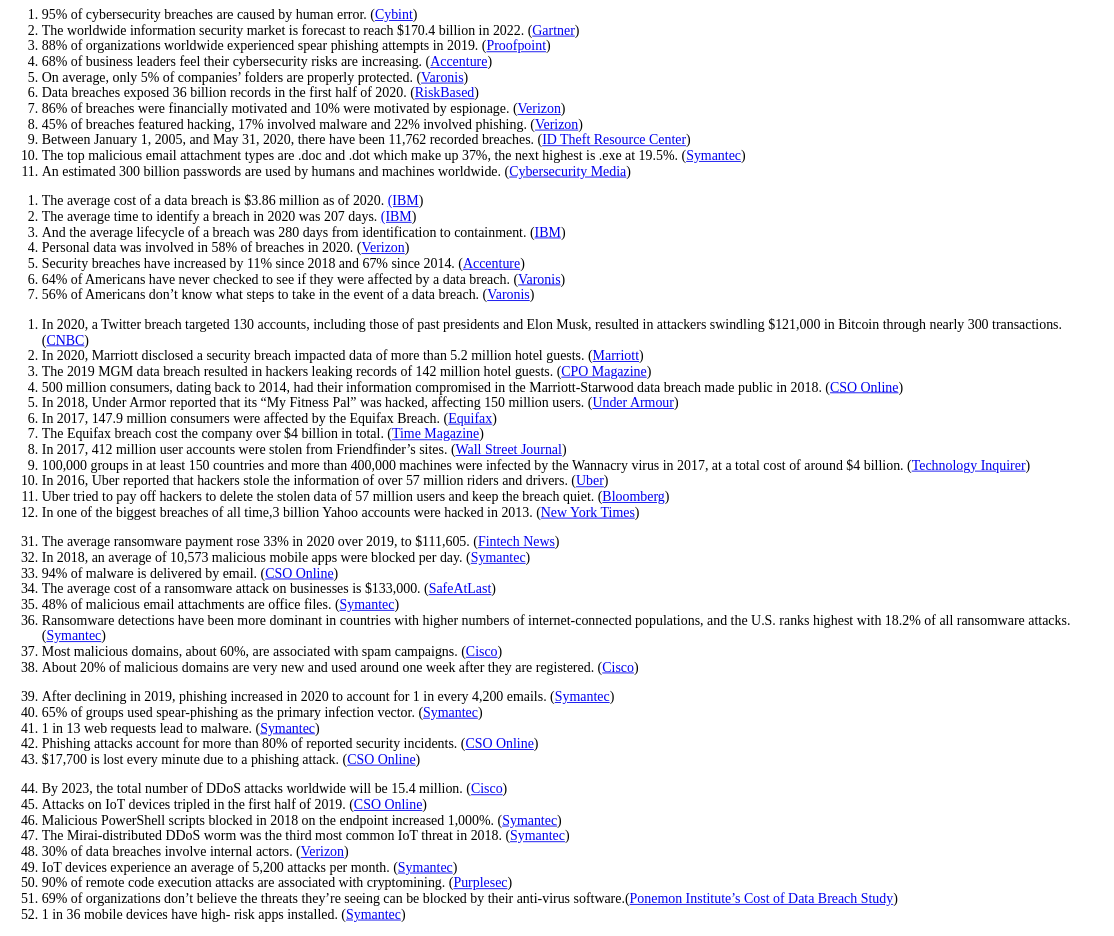
Repository: AniruddhAnand/zero_day_shield
Page: assets/data/facts.html
These files come from the project's save history. The page is drawn as it stood at one moment and after the next save; the edit follows.
The browser window is 1280 px wide. The pictures show the whole page, at 87% of full size.

Above is the page before, as saved 2021-07-10 15:06:27.

After the next save:
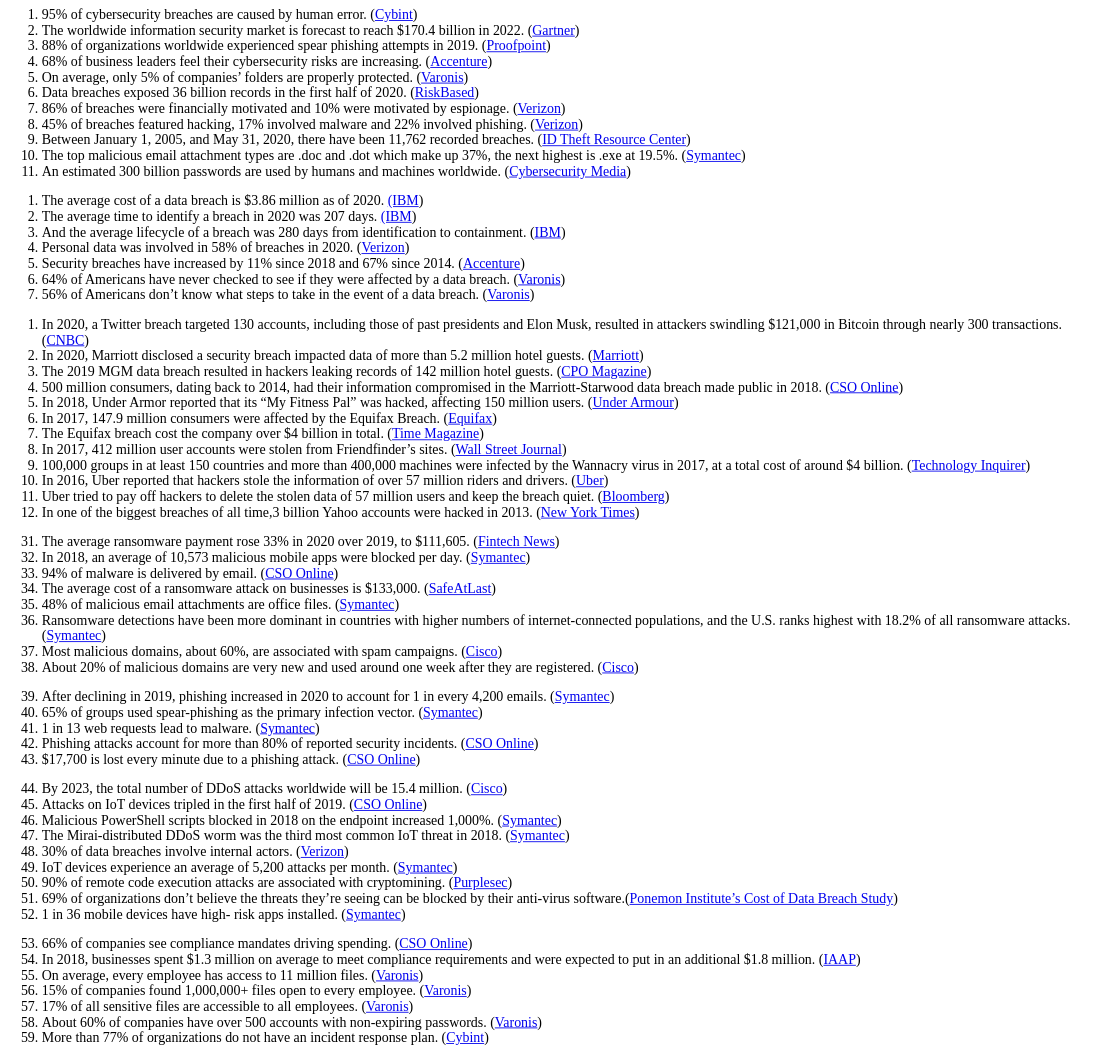
Saved 31 s later.
--- a/assets/data/facts.html
+++ b/assets/data/facts.html
@@ -148,6 +148,15 @@
             <li aria-level="1">69% of organizations don’t believe the threats they’re seeing can be blocked by their anti-virus software.(<a href="https://www-01.ibm.com/common/ssi/cgi-bin/ssialias?htmlfid=SEL03130WWEN&amp;" target="_blank" rel="noopener noreferrer">Ponemon Institute’s Cost of Data Breach Study</a>)</li>
             <li aria-level="1">1 in 36 mobile devices have high- risk apps installed. (<a href="https://www.symantec.com/security-center/threat-report" target="_blank" rel="noopener noreferrer">Symantec</a>)</li>
             </ol>
+            <ol start="53">
+                <li aria-level="1">66% of companies see compliance mandates driving spending. (<a href="https://www.csoonline.com/article/3153707/top-cybersecurity-facts-figures-and-statistics.html" target="_blank" rel="noopener noreferrer">CSO Online</a>)</li>
+                <li aria-level="1">In 2018, businesses spent $1.3 million on average to meet compliance requirements and were expected to put in an additional $1.8 million. (<a href="https://iapp.org/media/pdf/resource_center/IAPP-EY-Gov_Report_2018-FINAL.pdf" target="_blank" rel="noopener noreferrer">IAAP</a>)</li>
+                <li aria-level="1">On average, every employee has access to 11 million files. (<a href="https://info.varonis.com/hubfs/docs/research_reports/2021-Financial-Data-Risk-Report.pdf?utm_content=146358482&amp;utm_medium=social&amp;utm_source=twitter&amp;hss_channel=tw-21672993" target="_blank" rel="noopener noreferrer">Varonis</a>)</li>
+                <li aria-level="1">15% of companies found 1,000,000+ files open to every employee. (<a href="https://www.varonis.com/2019-data-risk-report/" target="_blank" rel="noopener noreferrer">Varonis</a>)</li>
+                <li aria-level="1">17% of all sensitive files are accessible to all employees. (<a href="https://www.varonis.com/2019-data-risk-report/" target="_blank" rel="noopener noreferrer">Varonis</a>)</li>
+                <li aria-level="1">About 60% of companies have over 500 accounts with non-expiring passwords. (<a href="https://info.varonis.com/hubfs/docs/research_reports/2021-Financial-Data-Risk-Report.pdf?utm_content=146358482&amp;utm_medium=social&amp;utm_source=twitter&amp;hss_channel=tw-21672993" target="_blank" rel="noopener noreferrer">Varonis</a>)</li>
+                <li aria-level="1">More than 77% of organizations do not have an incident response plan. (<a href="https://www.cybintsolutions.com/cyber-security-facts-stats/" target="_blank" rel="noopener noreferrer">Cybint</a>)</li>
+                </ol>
 </body>
 
 </html>
